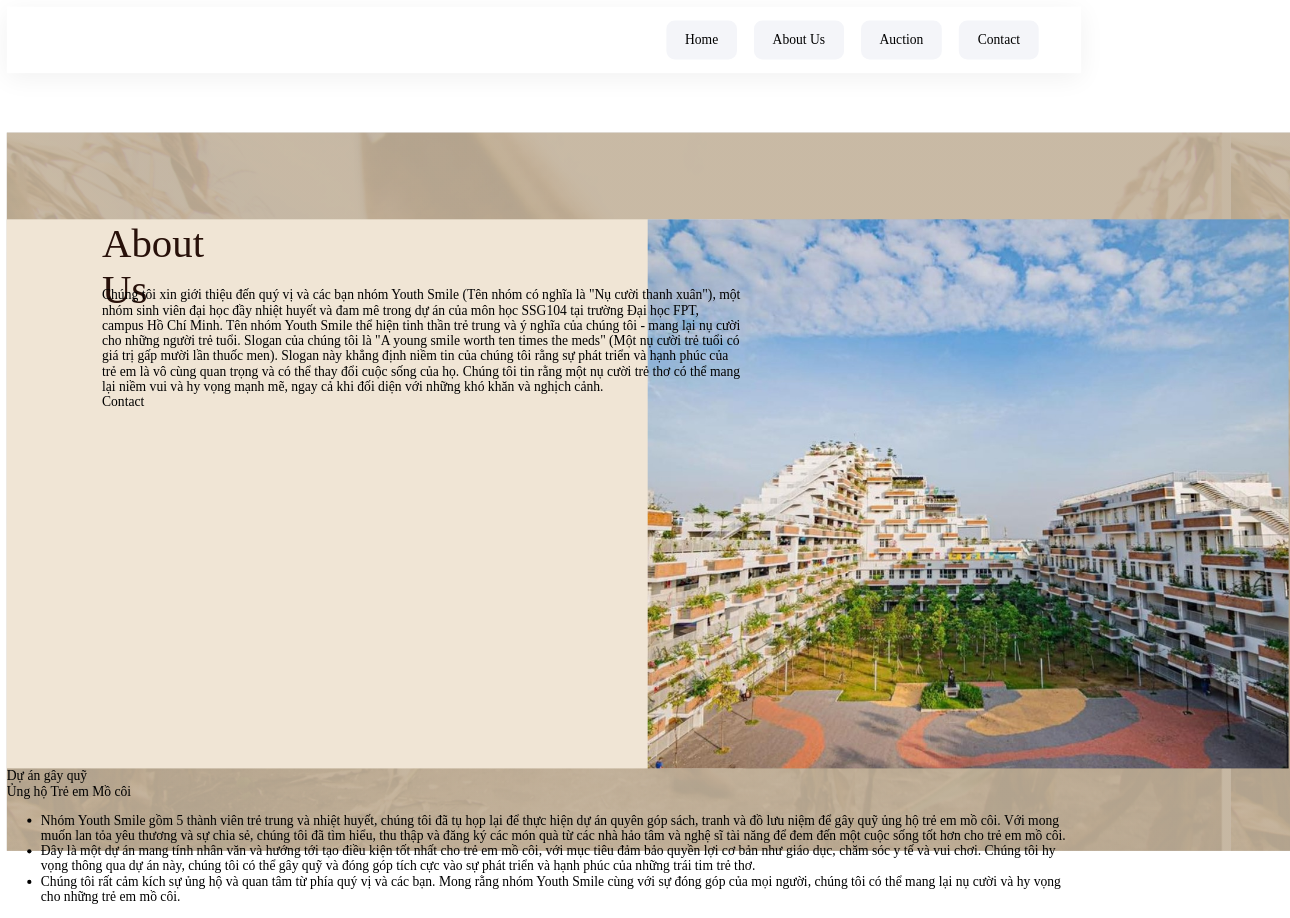
Repository: anatole24/Youth-Smile
Page: about.html
The author's editor kept a copy of each file at every save. The page is drawn from the files as they stood at one save, then again after the next save.
The browser window is 1280 px wide. The page is 1518 px wide, so the pictures cover 1518 px, including what lies to the right of the window. The pictures show the whole page, at 85% of full size.
Some web fonts or font styles are not loaded; a fallback is used.

Above is the page before, as saved 2023-06-29 14:36:23.

### about.html
<!DOCTYPE html>
<head>
  <meta charset="UTF-8">
  <meta http-equiv="X-UA-Compatible" content="IE=edge">
  <meta name="viewport" content="width=device-width, initial-scale=1.0">
  <link rel="stylesheet" href="https://cdnjs.cloudflare.com/ajax/libs/font-awesome/6.4.0/css/all.min.css" integrity="sha512-iecdLmaskl7CVkqkXNQ/ZH/XLlvWZOJyj7Yy7tcenmpD1ypASozpmT/E0iPtmFIB46ZmdtAc9eNBvH0H/ZpiBw==" crossorigin="anonymous" referrerpolicy="no-referrer">
  <link rel="preconnect" href="https://fonts.googleapis.com">
  <link rel="preconnect" href="https://fonts.gstatic.com" crossorigin="">
  <link href="https://fonts.googleapis.com/css2?family=Dancing+Script&amp;family=Geologica&amp;family=Kaushan+Script&amp;family=Lobster&amp;family=Marck+Script&amp;family=Merienda&amp;family=Patrick+Hand&amp;family=Patrick+Hand+SC&amp;family=Playball&amp;family=Roboto&amp;family=Roboto+Condensed&amp;display=swap" rel="stylesheet">
  <link rel="stylesheet" href="header.css">
  <link rel="stylesheet" href="about.css">
  <title>About Us</title>
  <body>
    <div class="header">
      <div class="header_container">
        <div class="header_list"><a class="header_item" href="./index.html">Home</a><a class="header_item" href="./about.html">About Us</a><a class="header_item" href="./auction.html">Auction</a><a class="header_item" href="./contact.html">Contact</a></div>
      </div>
    </div>
    <section class="about">
      <div class="about-top">
        <div class="top-img"></div>
        <div class="top-left">
          <div class="left-title">About Us</div>
          <div class="left-content">Chúng tôi xin giới thiệu đến quý vị và các bạn nhóm Youth Smile (Tên nhóm có nghĩa là "Nụ cười thanh xuân"), một nhóm sinh viên đại học đầy nhiệt huyết và đam mê trong dự án của môn học SSG104 tại trường Đại học FPT, campus Hồ Chí Minh. Tên nhóm Youth Smile thể hiện tinh thần trẻ trung và ý nghĩa của chúng tôi - mang lại nụ cười cho những người trẻ tuổi. Slogan của chúng tôi là "A young smile worth ten times the meds" (Một nụ cười trẻ tuổi có giá trị gấp mười lần thuốc men). Slogan này khẳng định niềm tin của chúng tôi rằng sự phát triển và hạnh phúc của trẻ em là vô cùng quan trọng và có thể thay đổi cuộc sống của họ. Chúng tôi tin rằng một nụ cười trẻ thơ có thể mang lại niềm vui và hy vọng mạnh mẽ, ngay cả khi đối diện với những khó khăn và nghịch cảnh.</div><a class="left-button" href="./contact.html">Contact</a>
        </div>
        <div class="top-right"></div>
        <div class="top-image"></div>
      </div>
      <div class="about-center">
        <div class="center-img"></div>
        <div class="center-left"> </div>
        <div class="center-right">
          <div class="right-title">Dự án gây quỹ </div>
          <div class="right-title2">Ủng hộ Trẻ em Mồ côi</div>
          <div class="right-content">
            <ul>
              <li>Nhóm Youth Smile gồm 5 thành viên trẻ trung và nhiệt huyết, chúng tôi đã tụ họp lại để thực hiện dự án quyên góp sách, tranh và đồ lưu niệm để gây quỹ ủng hộ trẻ em mồ côi. Với mong muốn lan tỏa yêu thương và sự chia sẻ, chúng tôi đã tìm hiểu, thu thập và đăng ký các món quà từ các nhà hảo tâm và nghệ sĩ tài năng để đem đến một cuộc sống tốt hơn cho trẻ em mồ côi.</li>
              <li>Đây là một dự án mang tính nhân văn và hướng tới tạo điều kiện tốt nhất cho trẻ em mồ côi, với mục tiêu đảm bảo quyền lợi cơ bản như giáo dục, chăm sóc y tế và vui chơi. Chúng tôi hy vọng thông qua dự án này, chúng tôi có thể gây quỹ và đóng góp tích cực vào sự phát triển và hạnh phúc của những trái tim trẻ thơ.</li>
              <li>Chúng tôi rất cảm kích sự ủng hộ và quan tâm từ phía quý vị và các bạn. Mong rằng nhóm Youth Smile cùng với sự đóng góp của mọi người, chúng tôi có thể mang lại nụ cười và hy vọng cho những trẻ em mồ côi.</li>
            </ul>
          </div>
        </div>
      </div>
    </section>
  </body>
</head>

### header.css
:root {
  --primary-color: #c08d18bb;
}
body {
  overflow-x: hidden;
}
a {
  text-decoration: none;
  color: inherit;
}
button {
  cursor: pointer;
  outline: none;
  font: inherit;
  background-color: transparent;
  border: none;
}

.header {
  background-color: white;
  padding: 16px 0;
  box-shadow: 0px 6px 30px 0px rgba(15, 15, 15, 0.06);
  margin-bottom: 70px;
}
.header_container {
  margin: 0 auto;
}
.header_list {
  margin-right: 50px;
  display: flex;
  align-items: center;
  justify-content: flex-end;
  gap: 20px;
  flex-direction: row;
  flex-wrap: nowrap;
}
.header_item {
  padding: 14px 22px;
  border-radius: 10px;
  background-color: #f4f5f9;
  display: block;
  transition: background-color 0.2s linear, color 0.25s ease-in;
}
.header_item:hover {
  background-color: #c08d18bb;
  color: white;
}

### about.css
:root {
  --primary-color: #77472d;
  --second-color: #f0e5d5;
}
.top-img {
  width: 1510px;
  height: 845px;
  flex-shrink: 0;
  background: linear-gradient(
      0deg,
      rgba(234, 232, 218, 0.01) 0%,
      rgba(234, 232, 218, 0.01) 100%
    ),
    url("./images/a-back.png"), lightgray 50% / cover no-repeat;
}
.top-left {
  width: 754px;
  height: 646px;
  margin-top: -743px;
  flex-shrink: 0;
  background: #f0e5d5;
  padding-left: 112px;
}
.left-title {
  width: 170px;
  height: 79.946px;
  color: #28110a;
  font-size: 48px;
  font-style: normal;
  font-weight: 400;
  line-height: normal;
}
.top-right {
  width: 754px;
  height: 646px;
  margin-top: -646px;
  margin-left: 754px;
  flex-shrink: 0;
  background: url("./images/fpt-campus.jpg") no-repeat center right/ cover;
  object-position: bottom;
}

After the next save:
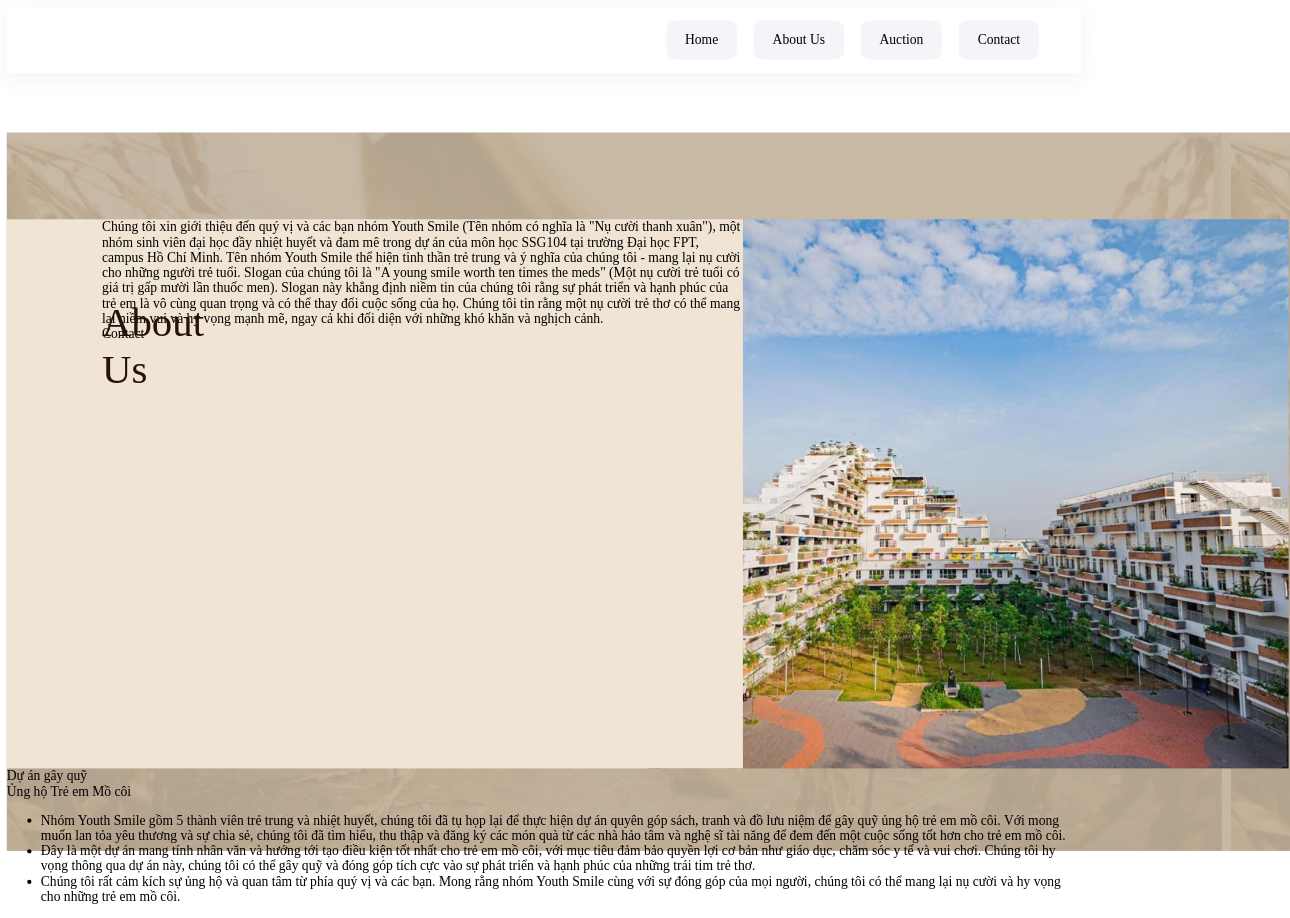
Saved 34 s later.
--- a/about.css
+++ b/about.css
@@ -20,8 +20,11 @@
   flex-shrink: 0;
   background: #f0e5d5;
   padding-left: 112px;
+  position: relative;
 }
 .left-title {
+  position: absolute;
+  top: 93px;
   width: 170px;
   height: 79.946px;
   color: #28110a;
